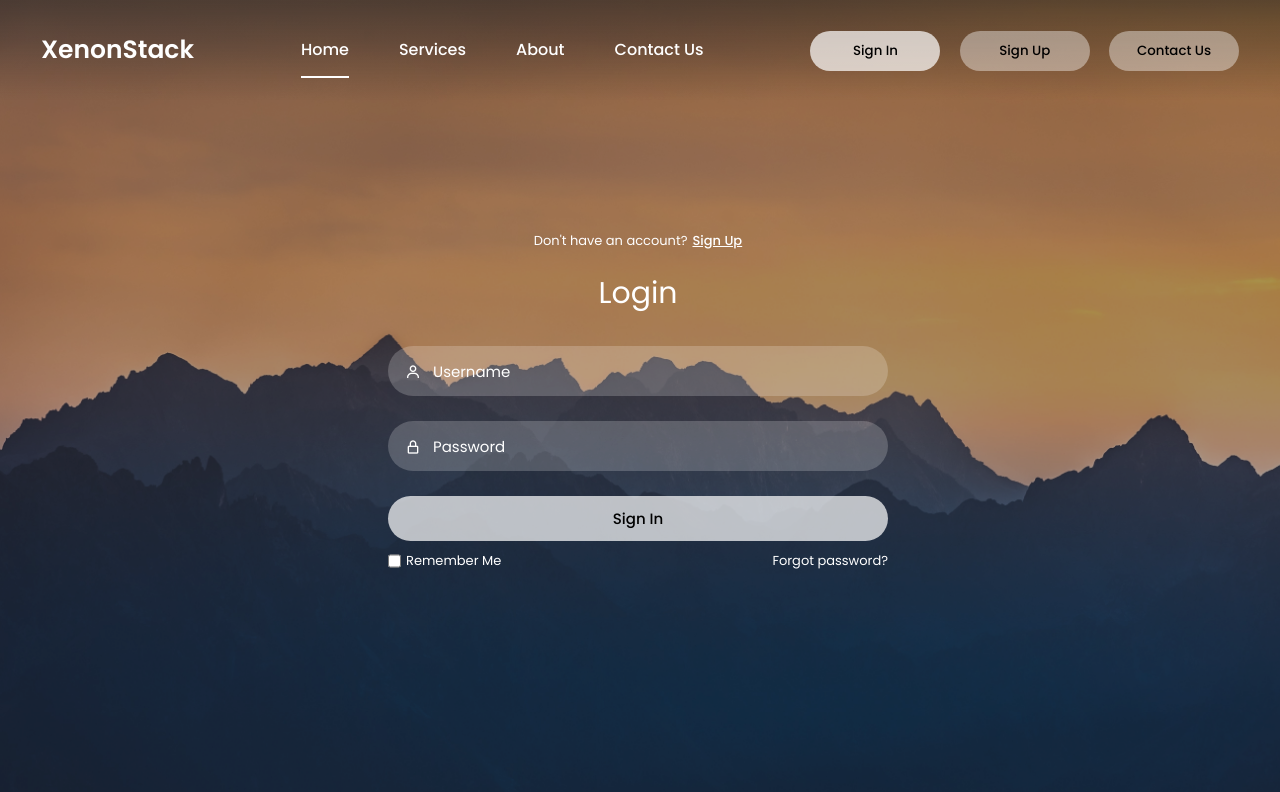
Repository: Abhikumar9061/Round2
Page: public/index.html
An editor plug-in stored every save of this project. The page is shown before and after the next save, followed by the edit.
The browser window is 1280 px wide. The pictures show the whole page.
Backgrounds fixed to the window are drawn as part of the page.

Above is the page before, as saved 2024-01-10 13:08:43.

### public/index.html
<!DOCTYPE html>
<html lang="en">
  <head>
    <meta charset="UTF-8" />
    <meta http-equiv="X-UA-Compatible" content="IE=edge" />
    <meta name="viewport" content="width=device-width, initial-scale=1.0" />
    <link
      href="https://unpkg.com/boxicons@2.1.4/css/boxicons.min.css"
      rel="stylesheet"
    />
    <link rel="stylesheet" type="text/css" href="style.css" />
    <title>Technical Round | Login & Registration</title>
  </head>
  <body>
    <div class="wrapper">
      <nav class="nav">
        <div class="nav-logo">
          <p>XenonStack</p>
        </div>
        <div class="nav-menu" id="navMenu">
          <ul>
            <li><a href="#" class="link active">Home</a></li>
            <li><a href="#" class="link">Services</a></li>
            <li><a href="#" class="link">About</a></li>
            <li><a href="#" class="link">Contact Us</a></li>
          </ul>
        </div>
        <div class="nav-button">
          <button class="btn white-btn" id="loginBtn" onclick="login()">
            Sign In
          </button>
          <button class="btn" id="registerBtn" onclick="register()">
            Sign Up
          </button>
          <button class="btn" id="registerBtn" onclick="contactForm()">
            Contact Us
          </button>
        </div>
        <div class="nav-menu-btn">
          <i class="bx bx-menu" onclick="myMenuFunction()"></i>
        </div>
      </nav>

      <div class="form-box">
        <div class="login-container" id="login">
          <div class="top">
            <span
              >Don't have an account?
              <a href="#" onclick="register()">Sign Up</a></span
            >
            <header>Login</header>
          </div>
          <form action="/login" method="POST">
            <div class="input-box">
              <input
                type="text"
                class="input-field"
                placeholder="Username"
                name="username"
              />
              <i class="bx bx-user"></i>
            </div>
            <div class="input-box">
              <input
                type="password"
                class="input-field"
                placeholder="Password"
                name="password"
              />
              <i class="bx bx-lock-alt"></i>
            </div>
            <div class="input-box">
              <input type="submit" class="submit" value="Sign In" />
            </div>
          </form>
          <div class="two-col">
            <div class="one">
              <input type="checkbox" id="login-check" />
              <label for="login-check"> Remember Me</label>
            </div>
            <div class="two">
              <label><a href="#">Forgot password?</a></label>
            </div>
          </div>
        </div>

        <div class="register-container" id="register">
          <div class="top">
            <span
              >Have an account? <a href="#" onclick="login()">Login</a></span
            >
            <header>Sign Up</header>
          </div>
          <form action="/register" method="POST">
            <div class="two-forms">
              <div class="input-box">
                <input
                  type="text"
                  class="input-field"
                  placeholder="Firstname"
                  name="firstname"
                />
                <i class="bx bx-user"></i>
              </div>
              <div class="input-box">
                <input
                  type="text"
                  class="input-field"
                  placeholder="Lastname"
                  name="lastname"
                />
                <i class="bx bx-user"></i>
              </div>
            </div>
            <div class="input-box">
              <input
                type="text"
                class="input-field"
                placeholder="Email"
                name="email"
              />
              <i class="bx bx-envelope"></i>
            </div>
            <div class="input-box">
              <input
                type="password"
                class="input-field"
                placeholder="Password"
                name="password"
              />
              <i class="bx bx-lock-alt"></i>
            </div>
            <div class="input-box">
              <input type="submit" class="submit" value="Register" />
            </div>
          </form>
          <div class="two-col">
            <div class="one">
              <input type="checkbox" id="register-check" />
              <label for="register-check"> Remember Me</label>
            </div>
            <div class="two">
              <label><a href="#">Terms & conditions</a></label>
            </div>
          </div>
        </div>
      </div>
    </div>

    <script>
      function myMenuFunction() {
        var i = document.getElementById("navMenu");

        if (i.className === "nav-menu") {
          i.className += " responsive";
        } else {
          i.className = "nav-menu";
        }
      }

      var a = document.getElementById("loginBtn");
      var b = document.getElementById("registerBtn");
      var x = document.getElementById("login");
      var y = document.getElementById("register");

      function login() {
        x.style.left = "4px";
        y.style.right = "-520px";
        a.className += " white-btn";
        b.className = "btn";
        x.style.opacity = 1;
        y.style.opacity = 0;
      }

      function register() {
        x.style.left = "-510px";
        y.style.right = "5px";
        a.className = "btn";
        b.className += " white-btn";
        x.style.opacity = 0;
        y.style.opacity = 1;
      }
    </script>
  </body>
</html>

### public/style.css
@import url('https://fonts.googleapis.com/css2?family=Poppins:wght@400;500;600;700&display=swap');

*{
    margin: 0;
    padding: 0;
    box-sizing: border-box;
    font-family: 'Poppins', sans-serif;
}
body{
    background: url("./images/1.jpg");
    background-size: cover;
    background-repeat: no-repeat;
    background-attachment: fixed;
    overflow: hidden;
}
.wrapper{
    display: flex;
    justify-content: center;
    align-items: center;
    min-height: 110vh;
    background: rgba(39, 39, 39, 0.4);
}
.nav{
    position: fixed;
    top: 0;
    display: flex;
    justify-content: space-around;
    width: 100%;
    height: 100px;
    line-height: 100px;
    background: linear-gradient(rgba(39,39,39, 0.6), transparent);
    z-index: 100;
}
.nav-logo p{
    color: white;
    font-size: 25px;
    font-weight: 600;
}
.nav-menu ul{
    display: flex;
}
.nav-menu ul li{
    list-style-type: none;
}
.nav-menu ul li .link{
    text-decoration: none;
    font-weight: 500;
    color: #fff;
    padding-bottom: 15px;
    margin: 0 25px;
}
.link:hover, .active{
    border-bottom: 2px solid #fff;
}
.nav-button .btn{
    width: 130px;
    height: 40px;
    font-weight: 500;
    background: rgba(255, 255, 255, 0.4);
    border: none;
    border-radius: 30px;
    cursor: pointer;
    transition: .3s ease;
}
.btn:hover{
    background: rgba(255, 255, 255, 0.3);
}
#registerBtn{
    margin-left: 15px;
}
.btn.white-btn{
    background: rgba(255, 255, 255, 0.7);
}
.btn.btn.white-btn:hover{
    background: rgba(255, 255, 255, 0.5);
}
.nav-menu-btn{
    display: none;
}
.form-box{
    position: relative;
    display: flex;
    align-items: center;
    justify-content: center;
    width: 512px;
    height: 420px;
    overflow: hidden;
    z-index: 2;
}
.login-container{
    position: absolute;
    left: 4px;
    width: 500px;
    display: flex;
    flex-direction: column;
    transition: .5s ease-in-out;
}
.register-container{
    position: absolute;
    right: -520px;
    width: 500px;
    display: flex;
    flex-direction: column;
    transition: .5s ease-in-out;
}
.top span{
    color: #fff;
    font-size: small;
    padding: 10px 0;
    display: flex;
    justify-content: center;
}
.top span a{
    font-weight: 500;
    color: #fff;
    margin-left: 5px;
}
header{
    color: #fff;
    font-size: 30px;
    text-align: center;
    padding: 10px 0 30px 0;
}
.two-forms{
    display: flex;
    gap: 10px;
}
.input-field{
    font-size: 15px;
    background: rgba(255, 255, 255, 0.2);
    color: #fff;
    height: 50px;
    width: 100%;
    padding: 0 10px 0 45px;
    border: none;
    border-radius: 30px;
    outline: none;
    transition: .2s ease;
}
.input-field:hover, .input-field:focus{
    background: rgba(255, 255, 255, 0.25);
}
::-webkit-input-placeholder{
    color: #fff;
}
.input-box i{
    position: relative;
    top: -35px;
    left: 17px;
    color: #fff;
}
.submit{
    font-size: 15px;
    font-weight: 500;
    color: black;
    height: 45px;
    width: 100%;
    border: none;
    border-radius: 30px;
    outline: none;
    background: rgba(255, 255, 255, 0.7);
    cursor: pointer;
    transition: .3s ease-in-out;
}
.submit:hover{
    background: rgba(255, 255, 255, 0.5);
    box-shadow: 1px 5px 7px 1px rgba(0, 0, 0, 0.2);
}
.two-col{
    display: flex;
    justify-content: space-between;
    color: #fff;
    font-size: small;
    margin-top: 10px;
}
.two-col .one{
    display: flex;
    gap: 5px;
}
.two label a{
    text-decoration: none;
    color: #fff;
}
.two label a:hover{
    text-decoration: underline;
}
@media only screen and (max-width: 786px){
    .nav-button{
        display: none;
    }
    .nav-menu.responsive{
        top: 100px;
    }
    .nav-menu{
        position: absolute;
        top: -800px;
        display: flex;
        justify-content: center;
        background: rgba(255, 255, 255, 0.2);
        width: 100%;
        height: 90vh;
        backdrop-filter: blur(20px);
        transition: .3s;
    }
    .nav-menu ul{
        flex-direction: column;
        text-align: center;
    }
    .nav-menu-btn{
        display: block;
    }
    .nav-menu-btn i{
        font-size: 25px;
        color: #fff;
        padding: 10px;
        background: rgba(255, 255, 255, 0.2);
        border-radius: 50%;
        cursor: pointer;
        transition: .3s;
    }
    .nav-menu-btn i:hover{
        background: rgba(255, 255, 255, 0.15);
    }
}
@media only screen and (max-width: 540px) {
    .wrapper{
        min-height: 100vh;
    }
    .form-box{
        width: 100%;
        height: 500px;
    }
    .register-container, .login-container{
        width: 100%;
        padding: 0 20px;
    }
    .register-container .two-forms{
        flex-direction: column;
        gap: 0;
    }
}

After the next save:
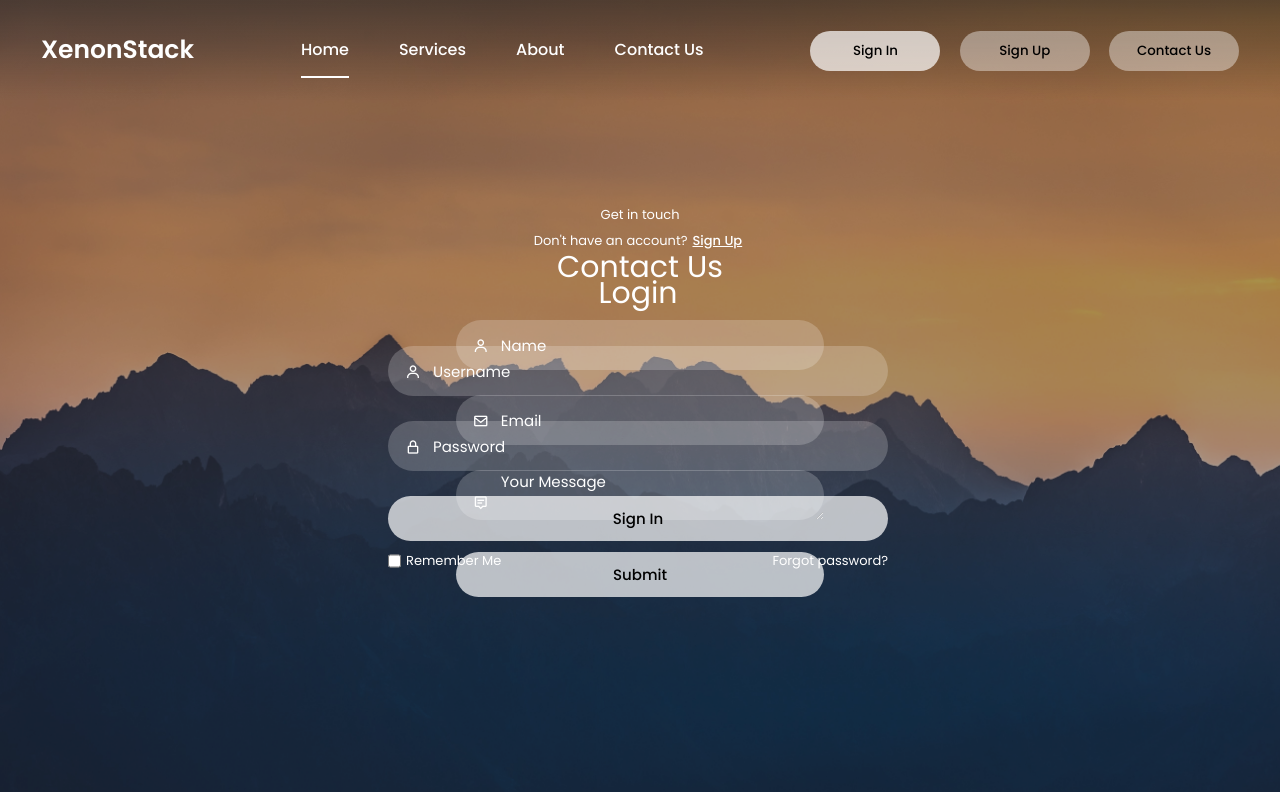
Saved 61 s later.
--- a/public/index.html
+++ b/public/index.html
@@ -144,6 +144,44 @@
             </div>
           </div>
         </div>
+        <!-- Add this div for the contact form -->
+        <div class="contact-container" id="contact">
+          <div class="top">
+            <span>Get in touch</span>
+            <header>Contact Us</header>
+          </div>
+          <form action="/contact" method="POST">
+            <div class="input-box">
+              <input
+                type="text"
+                class="input-field"
+                placeholder="Name"
+                name="name"
+              />
+              <i class="bx bx-user"></i>
+            </div>
+            <div class="input-box">
+              <input
+                type="text"
+                class="input-field"
+                placeholder="Email"
+                name="email"
+              />
+              <i class="bx bx-envelope"></i>
+            </div>
+            <div class="input-box">
+              <textarea
+                class="input-field"
+                placeholder="Your Message"
+                name="message"
+              ></textarea>
+              <i class="bx bx-message-alt-detail"></i>
+            </div>
+            <div class="input-box">
+              <input type="submit" class="submit" value="Submit" />
+            </div>
+          </form>
+        </div>
       </div>
     </div>
 

After the 2 saves that followed:
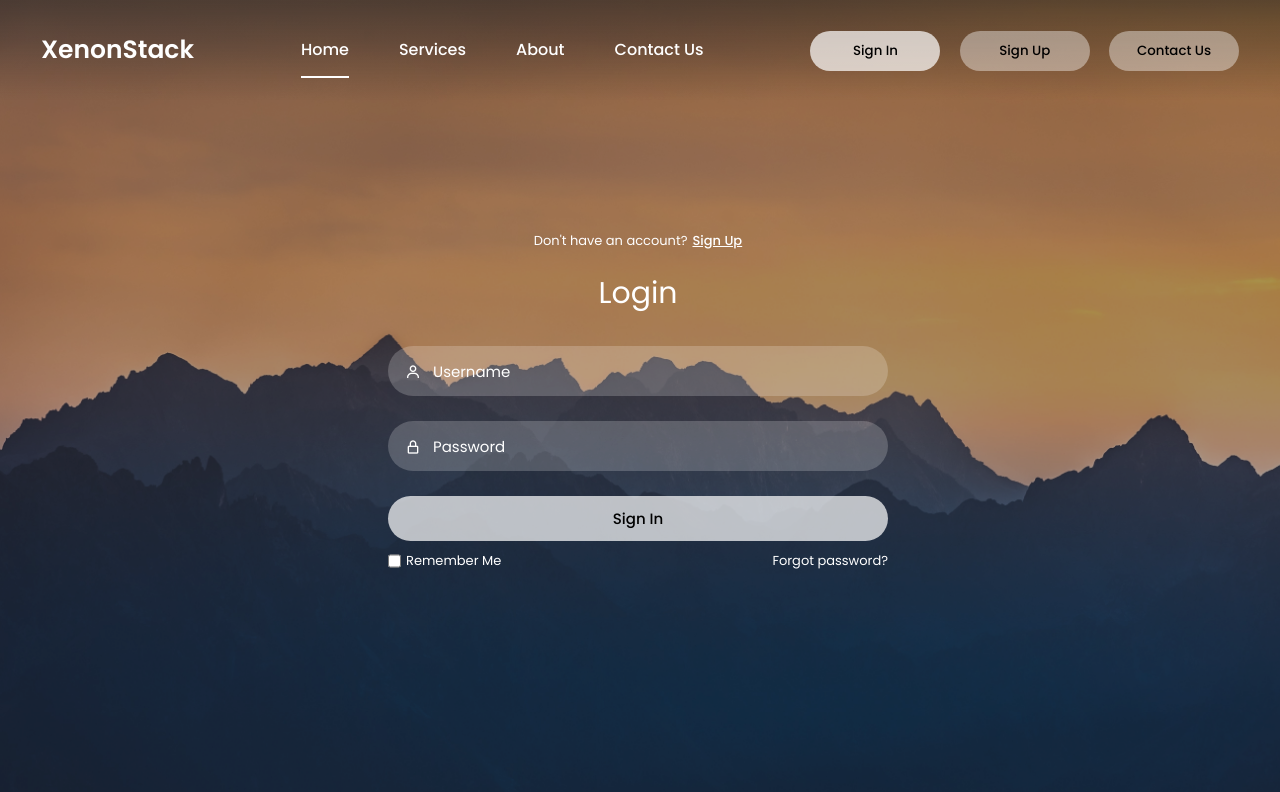
The 2 saves are shown as one change because 1 left the picture as it was.
The last was saved 41 s later.
--- a/public/index.html
+++ b/public/index.html
@@ -144,7 +144,7 @@
             </div>
           </div>
         </div>
-        <!-- Add this div for the contact form -->
+
         <div class="contact-container" id="contact">
           <div class="top">
             <span>Get in touch</span>
--- a/public/style.css
+++ b/public/style.css
@@ -184,6 +184,27 @@ header{
 .two label a:hover{
     text-decoration: underline;
 }
+
+.contact-container {
+    position: absolute;
+    top: 0;
+    left: 520px;
+    width: 500px;
+    height: 100%;
+    background: #fff;
+    z-index: 2;
+    opacity: 0;
+    transition: 0.5s;
+    padding: 40px;
+    box-sizing: border-box;
+  }
+
+  .contact-container.show {
+    left: 4px;
+    opacity: 1;
+  }
+
+
 @media only screen and (max-width: 786px){
     .nav-button{
         display: none;
